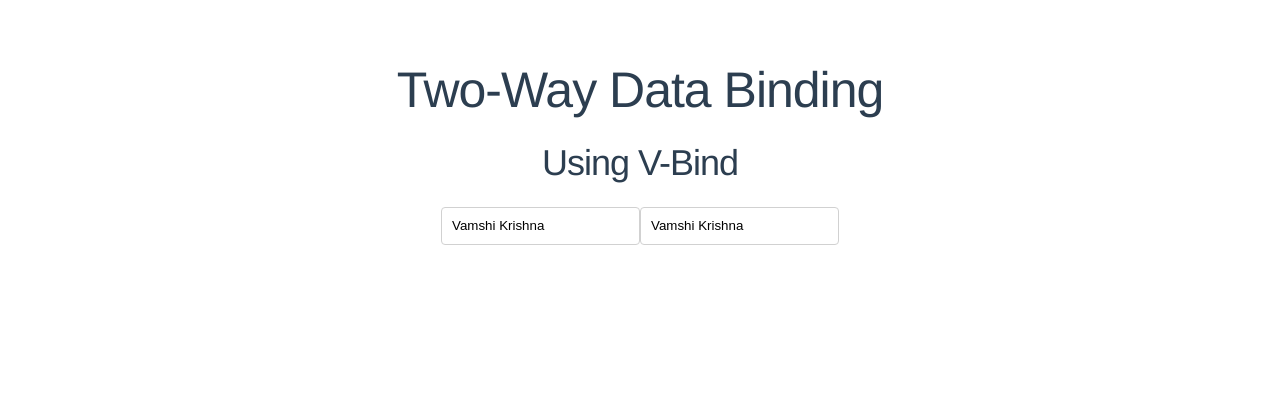
Repository: chsvk/Vue-JS-Course
Page: /person
An editor plug-in stored every save of this project. The page is shown before and after the next save, followed by the edit.
The browser window is 1280 px wide. The pictures show the whole page.
The project was rebuilt for these pictures with package versions that can differ from the ones it lists, and the page was loaded fresh each time. Also part of the build but not shown: src/components/HelloWorld.vue.

Above is the page before, as saved 2019-03-11 21:22:59.

### public/index.html
<!DOCTYPE html>
<html lang="en">
  <head>
    <meta charset="utf-8">
    <meta http-equiv="X-UA-Compatible" content="IE=edge">
    <meta name="viewport" content="width=device-width,initial-scale=1.0">
    <link rel="icon" href="<%= BASE_URL %>favicon.ico">
    <link rel="stylesheet" href="https://cdnjs.cloudflare.com/ajax/libs/skeleton/2.0.4/skeleton.min.css">
    <title>testproject</title>
  </head>
  <body>
    <noscript>
      <strong>We're sorry but testproject doesn't work properly without JavaScript enabled. Please enable it to continue.</strong>
    </noscript>
    <div id="app"></div>
    <!-- built files will be auto injected -->
  </body>
</html>

### src/App.vue
<template>
  <div id="app">
    <h1>Two-Way Data Binding</h1>
    <h3>Using V-Bind</h3>
    <input type="text" placeholder="Enter V-Bind name" v-bind:value="name">
    <input type="text" placeholder="Enter V-Model Name" v-model="name">
  </div>
</template>

<script>
import HelloWorld from './components/HelloWorld.vue'

export default {
  name: 'app',
  data(){
    return{
      name: 'Vamshi Krishna'
    }
  }
}
</script>

<style lang="scss">
#app {
  font-family: 'Avenir', Helvetica, Arial, sans-serif;
  -webkit-font-smoothing: antialiased;
  -moz-osx-font-smoothing: grayscale;
  text-align: center;
  color: #2c3e50;
  margin-top: 60px;

  .active{
    background: lightblue;
  }
}
</style>

Loaded but not shown: src/main.js (common file)

After the next save:
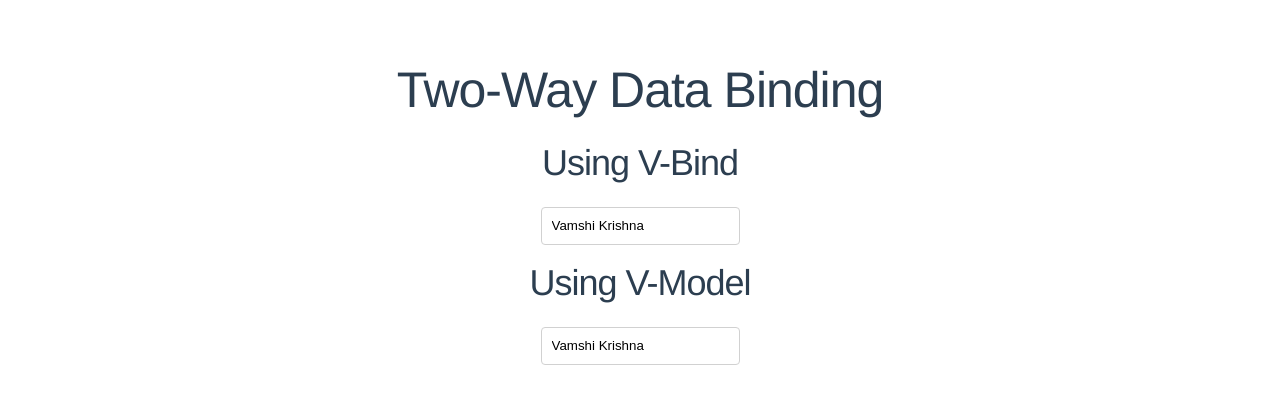
Saved 17 s later.
--- a/src/App.vue
+++ b/src/App.vue
@@ -2,7 +2,8 @@
   <div id="app">
     <h1>Two-Way Data Binding</h1>
     <h3>Using V-Bind</h3>
-    <input type="text" placeholder="Enter V-Bind name" v-bind:value="name">
+    <input type="text" placeholder="Enter V-Bind name" v-bind:value="name"><br>
+    <h3>Using V-Model</h3>
     <input type="text" placeholder="Enter V-Model Name" v-model="name">
   </div>
 </template>
